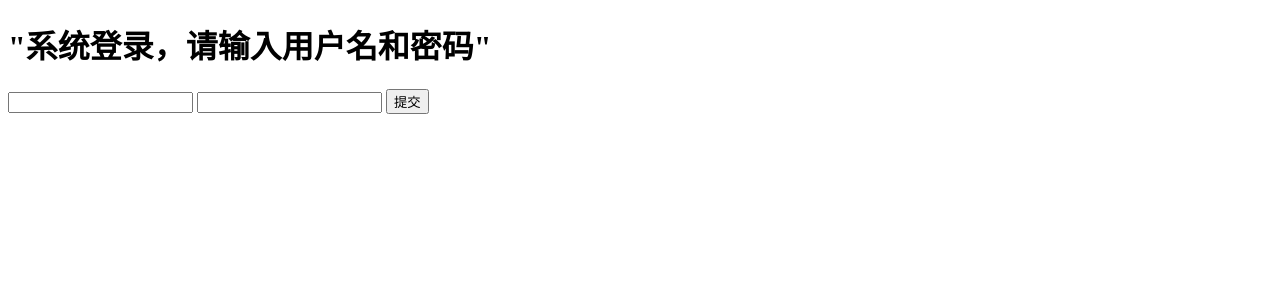
Repository: ntuhubin/NIITDemo
Page: http://localhost/Demo03/
These files come from the project's save history. The page is drawn as it stood at one moment and after the next save; the edit follows.
The browser window is 1280 px wide. The pictures show the whole page.
The page is served by Tomcat 9. Other server files are loaded and not shown.

Above is the page before, as saved 2017-08-08 03:08:31.

### Demo03/src/main/webapp/index.jsp
<%@ page language="java" contentType="text/html; charset=UTF-8"
    pageEncoding="UTF-8"%>
<!DOCTYPE html PUBLIC "-//W3C//DTD HTML 4.01 Transitional//EN" "http://www.w3.org/TR/html4/loose.dtd">
<html>
<head>
<meta http-equiv="Content-Type" content="text/html; charset=UTF-8">
<title>"系统登录"</title>
</head>
<body>
	<h1>"系统登录，请输入用户名和密码"</h1>
	<input type="text" name="name" />
	<input type="text" name="pwd" />
    <input type="submit" value="提交" />
</body>
</html>

After the next save:
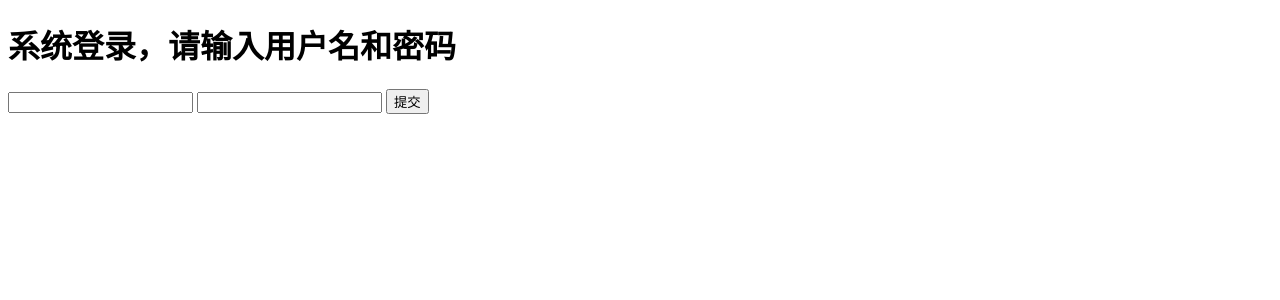
Saved 20 s later.
--- a/Demo03/src/main/webapp/index.jsp
+++ b/Demo03/src/main/webapp/index.jsp
@@ -7,7 +7,7 @@
 <title>"系统登录"</title>
 </head>
 <body>
-	<h1>"系统登录，请输入用户名和密码"</h1>
+	<h1>系统登录，请输入用户名和密码</h1>
 	<input type="text" name="name" />
 	<input type="text" name="pwd" />
     <input type="submit" value="提交" />
